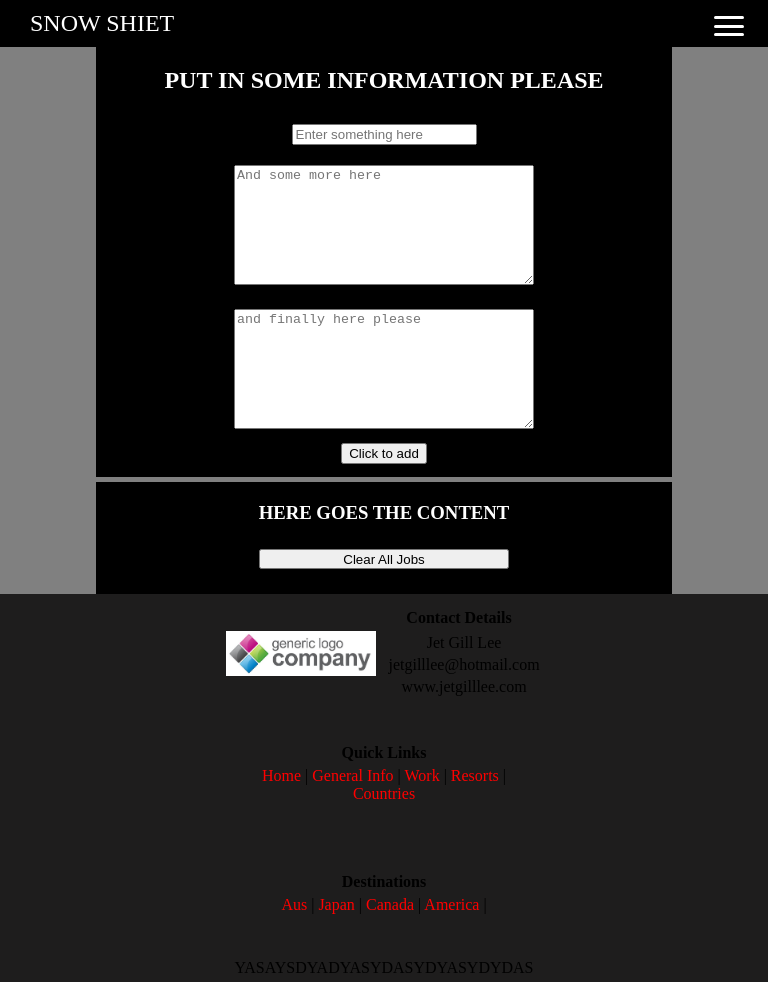
Repository: Jet-Gill-Lee/SnowSite
Page: submit-stuff.html
The author's editor kept a copy of each file at every save. The page is drawn from the files as they stood at one save, then again after the next save.
The browser window is 768 px wide. The pictures show the whole page.

Above is the page before, as saved 2021-07-24 23:39:43.
Console error: TypeError: Cannot read properties of null (reading 'addEventListener')

After the next save:
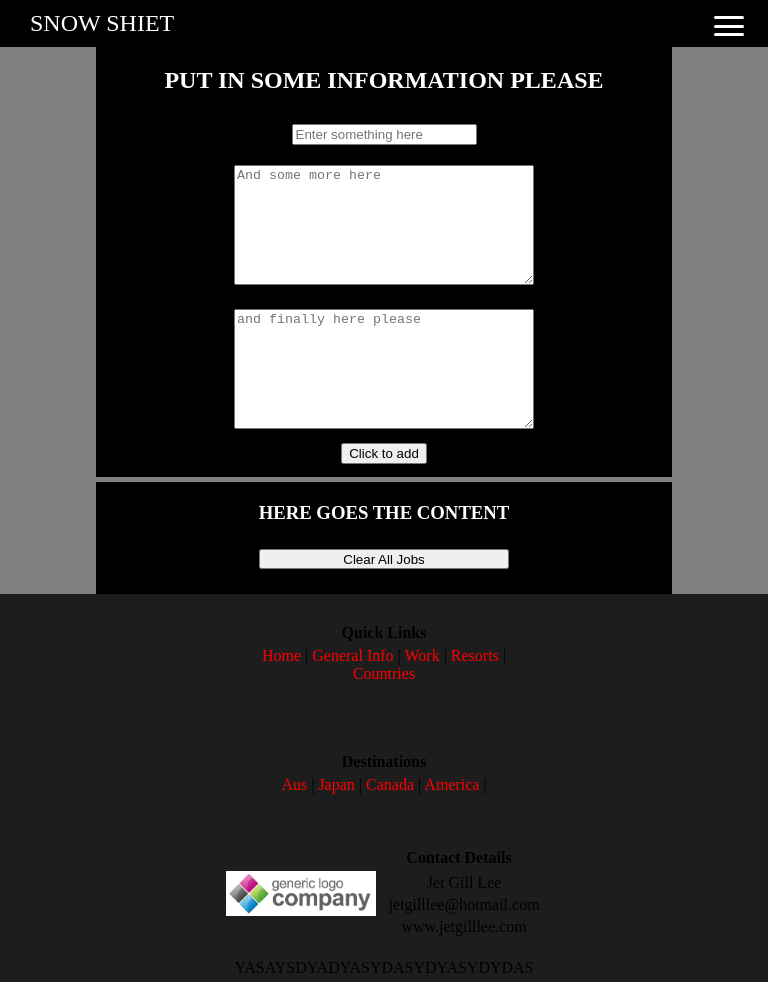
Saved 119 s later.
--- a/css/stylesheet.css
+++ b/css/stylesheet.css
@@ -169,6 +169,9 @@ body {
     align-items: center;
     min-width: 600px;
   }
+  .footer-flex-item.contact {
+    order: 3;
+  }
 }
 @media (max-width: 400px) {
  .hero {
